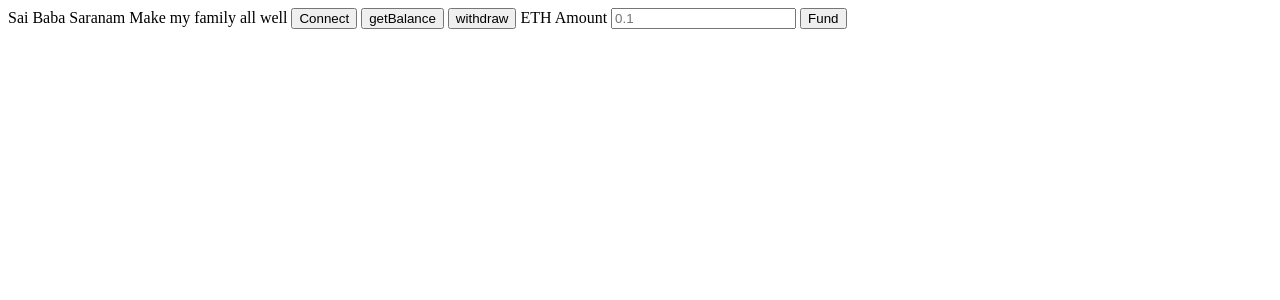
Repository: Sugunaramkumar/Fund-Me-App---FCC
Page: index.html
The author's editor kept a copy of each file at every save. The page is drawn from the files as they stood at one save, then again after the next save.
The browser window is 1280 px wide. The pictures show the whole page.

Above is the page before, as saved 2022-07-27 08:06:42.

After the next save:
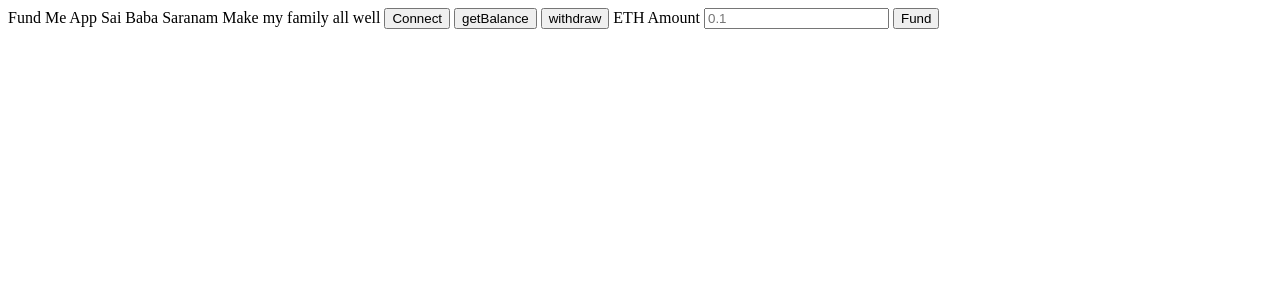
Saved 3 min 25 s later.
--- a/index.html
+++ b/index.html
@@ -4,6 +4,7 @@
     <title>Fund Me App</title>
 </head>
 <body>
+    Fund Me App
     Sai Baba Saranam
     Make my family all well
     <script src="./index.js" type="module">
